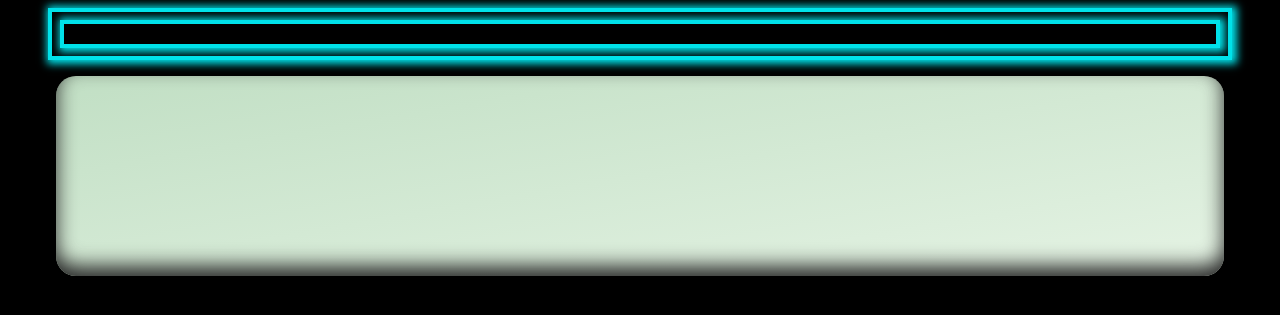
Repository: KhangNguyen3006/WebUI-UX
Page: /
An editor plug-in stored every save of this project. The page is shown before and after the next save, followed by the edit.
The browser window is 1280 px wide. The pictures show the whole page.
The project was rebuilt for these pictures with package versions that can differ from the ones it lists, and the page was loaded fresh each time. Also part of the build but not shown: src/App.css.

Above is the page before, as saved 2023-05-04 02:22:28.

After the next save:
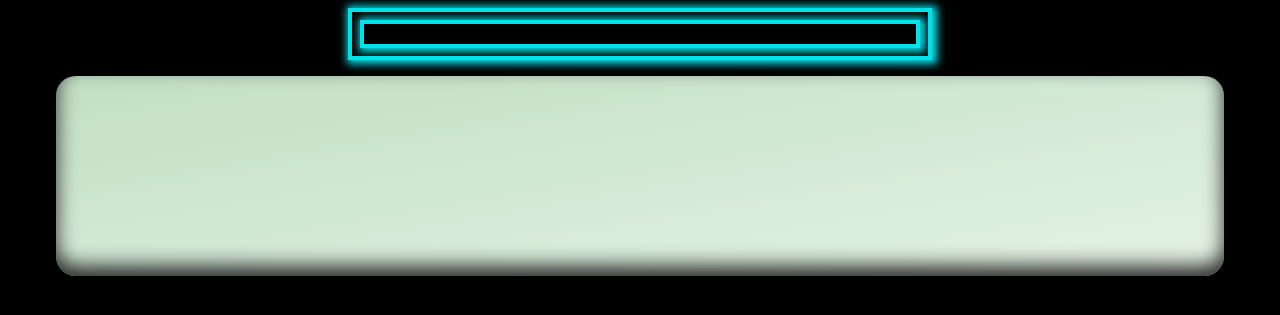
Saved 4 s later.
--- a/src/components/home/Home.jsx
+++ b/src/components/home/Home.jsx
@@ -5,7 +5,7 @@ class Home extends Component {
     render() {
         return (
             <div className='w-1200'>
-                <Col>
+                <Col sm={6}>
                     <div className="rectangle p-2 m-2">
                         <div className="rectangle-mini">
                         </div>
